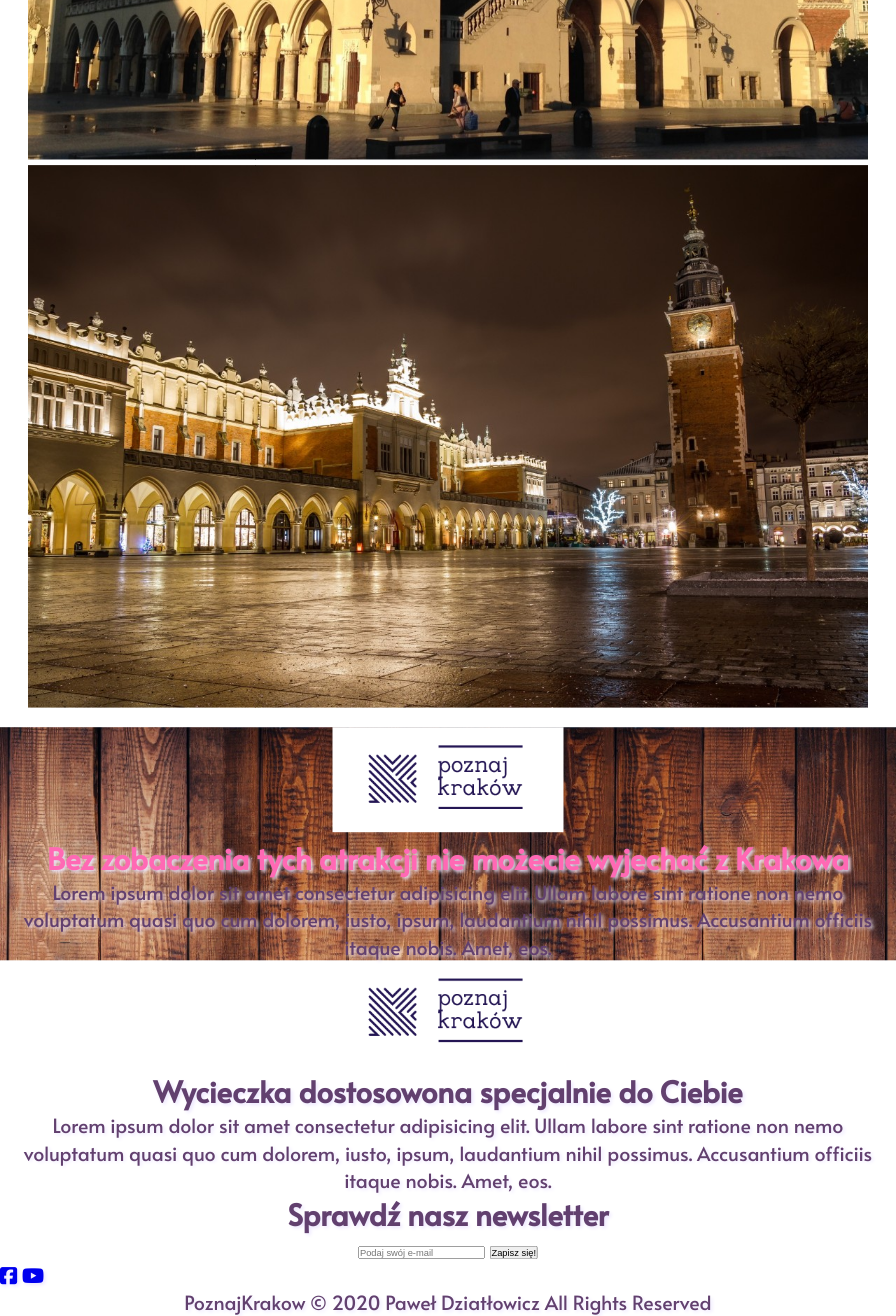
Repository: DZIALEK/projekt1
Page: projekt1.html
These files come from the project's save history. The page is drawn as it stood at one moment and after the next save; the edit follows.
The browser window is 1280 px wide. The pictures show the part of the page from y = 2747 to 4667 px (the page is 4627 px tall before and 4667 px after), at 70% of full size.
Some icons come from a web library that is not loaded, so they are not drawn. A picture or video elsewhere on the page could not be fetched, so the positions and the page height are approximate. Some web libraries are served in a nearby version.

Above is the page before, as saved 2020-07-15 00:29:52.

After the next save:
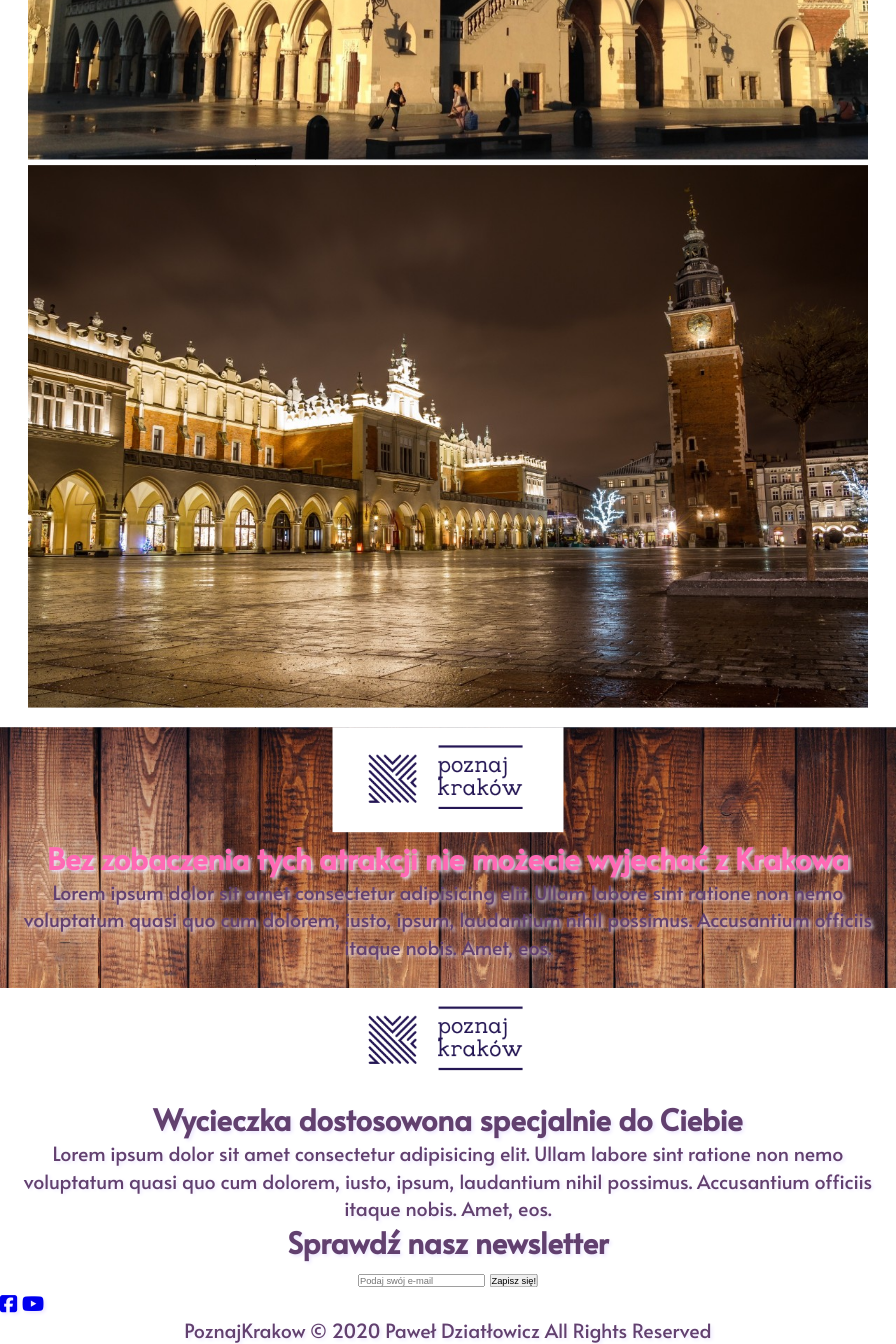
Saved 37 s later.
--- a/projekt1.css
+++ b/projekt1.css
@@ -145,3 +145,7 @@ nav a:hover {
 .section-best h2 {
     color: hotpink;
 }
+
+.section-best p {
+    padding-bottom: 40px;
+}
